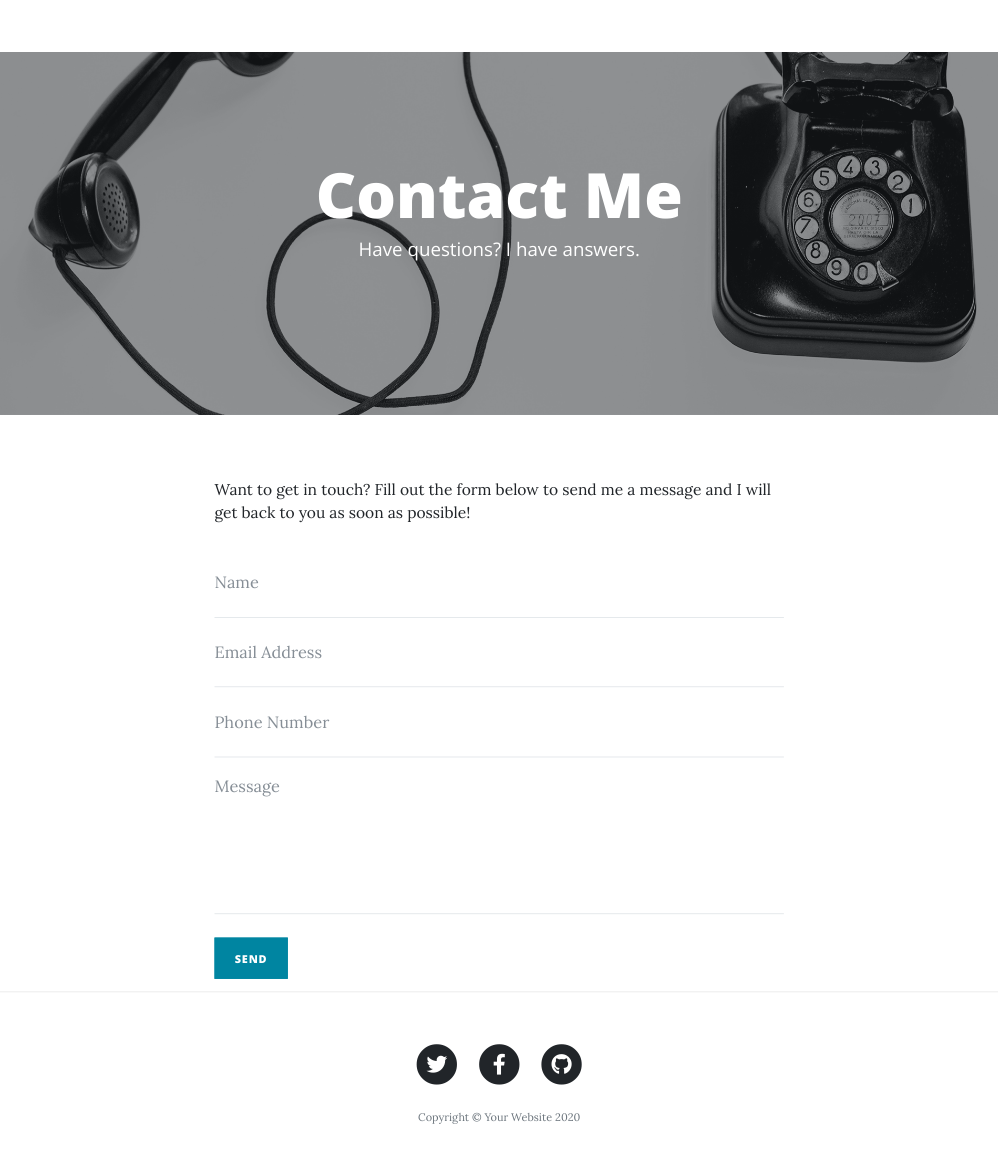
Repository: elvinyeka/elvin-blog
Page: http://localhost/contact
The author's editor kept a copy of each file at every save. The page is drawn from the files as they stood at one save, then again after the next save.
The browser window is 1280 px wide. The pictures show the whole page, at 78% of full size.
The page is served by the project's application, run on Flask 3 (CLEANBLOG/__init__.py).

Above is the page before, as saved 2020-10-20 21:23:22.

After the next save:
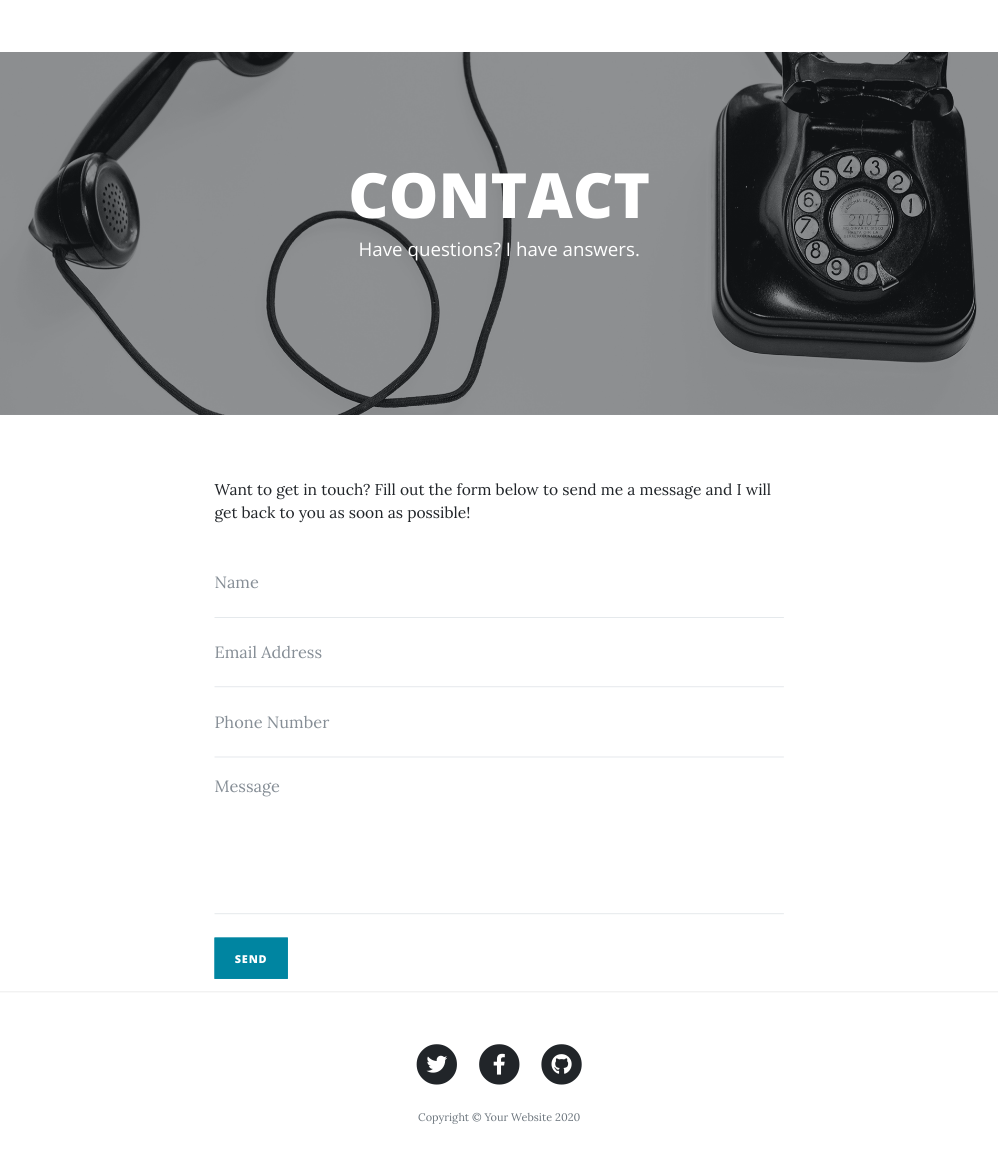
Saved 2 h 18 min later.
--- a/CLEANBLOG/templates/contact.html
+++ b/CLEANBLOG/templates/contact.html
@@ -7,7 +7,7 @@
         <div class="row">
             <div class="col-lg-8 col-md-10 mx-auto">
                 <div class="page-heading">
-                    <h1>Contact Me</h1>
+                    <h1>{{title}}</h1>
                     <span class="subheading">Have questions? I have answers.</span>
                 </div>
             </div>
